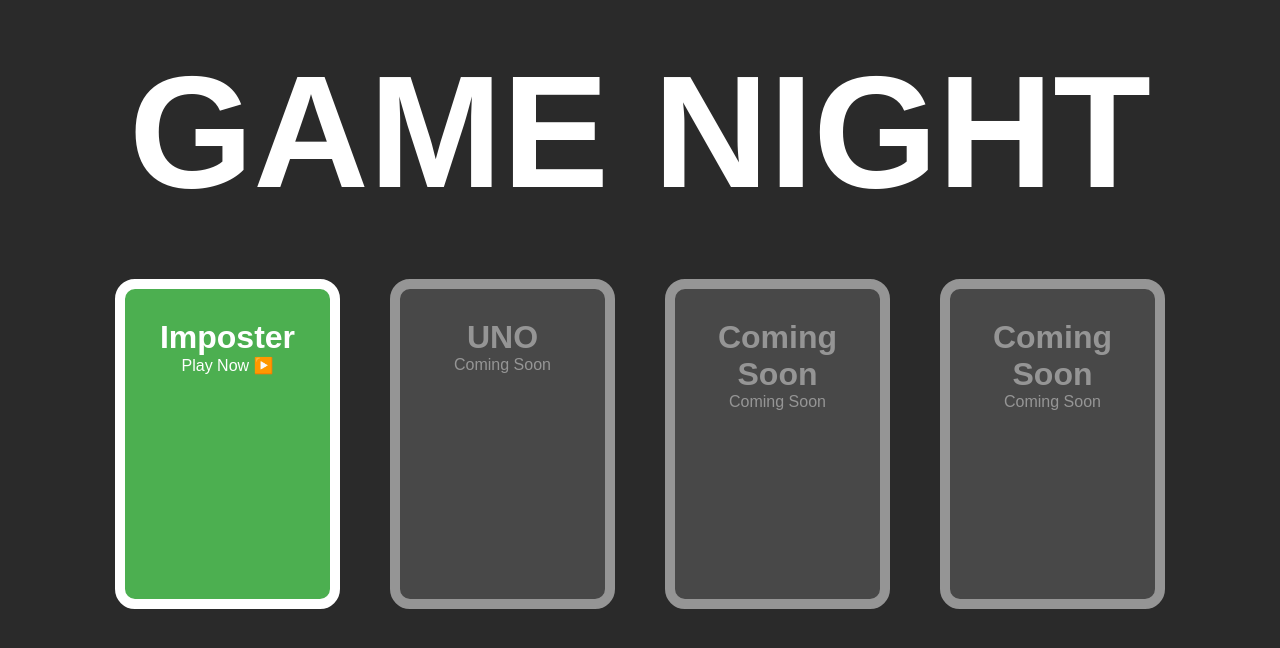
Repository: nfemmanuel/game-night-app
Page: /
An editor plug-in stored every save of this project. The page is shown before and after the next save, followed by the edit.
The browser window is 1280 px wide. The pictures show the whole page.
The project was rebuilt for these pictures with package versions that can differ from the ones it lists, and the page was loaded fresh each time.

Above is the page before, as saved 2025-12-31 16:34:41.

### src/App.js
import './styles/global.css';
import GameCard from './components/GameCard';

function App() {
  const handleClick = (gameName) => {
    alert(`Getting ready to play ${gameName}!`);
  };

  return (
    <div style={{ padding: '40px', textAlign: 'center' }}>
      <h1 style={{ fontSize: '10rem' }}>GAME NIGHT</h1>

      <div style={{
        display: 'flex',
        gap: '20px',
        justifyContent: 'center',
        marginTop: '40px',
        flexWrap: 'wrap'
      }}>
        <GameCard
          name="Imposter"
          available={true}
          onClick={() => handleClick("Imposter")}
        />
        <GameCard
          name="UNO"
          available={false}
          onClick={() => handleClick("UNO")}
        />
        <GameCard
          name="Coming Soon"
          available={false}
          onClick={() => { }}
        />
        <GameCard
          name="Coming Soon"
          available={false}
          onClick={() => { }}
        />
      </div>
    </div>
  );
}

export default App;

### src/styles/global.css
* {
    margin: 0;
    padding: 0;
    box-sizing: border-box;
}

body {
    font-family: 'Helvetica ', 'Arial', sans-serif;
    background-color: rgb(42, 42, 42);
    color: white;
    overflow: hidden;
}

button {
    cursor: pointer;
    border: none;
    border-radius: 5px;
    font-family: inherit;
    font-size: 1rem;
    padding: 10px 20px;
}

### src/components/GameCard.jsx
import styles from './GameCard.module.css';

function GameCard({ name, available, onClick }) {
    // Combine card + available/disabled classes
    const cardClasses = `${styles.card} ${available ? styles.available : styles.disabled}`;

    return (
        <div
            className={cardClasses}
            onClick={available ? onClick : null}
        >
            <h1>{name}</h1>
            <p>{available ? 'Play Now ▶️' : 'Coming Soon'}</p>
        </div>
    );
}

export default GameCard;

### src/components/GameCard.module.css
.card {
    width: 225px;
    height: 330px;
    padding: 30px;
    margin: 15px;
    border-radius: 20px;
    border: 10px solid white;
    text-align: center;
    transition: all 0.3s ease;
}

.available {
    background-color: #4CAF50;
    color: white;
    cursor: pointer;
}

.available:hover {
    transform: scale(1.05);
    box-shadow: 0 0 20px rgba(76, 175, 80, 0.6);
}

.disabled {
    background-color: #666;
    color: white;
    cursor: not-allowed;
    opacity: 0.5;
}

Loaded but not shown: public/index.html (common file); src/index.js (common file); src/index.css (common file); src/reportWebVitals.js (common file)

After the next save:
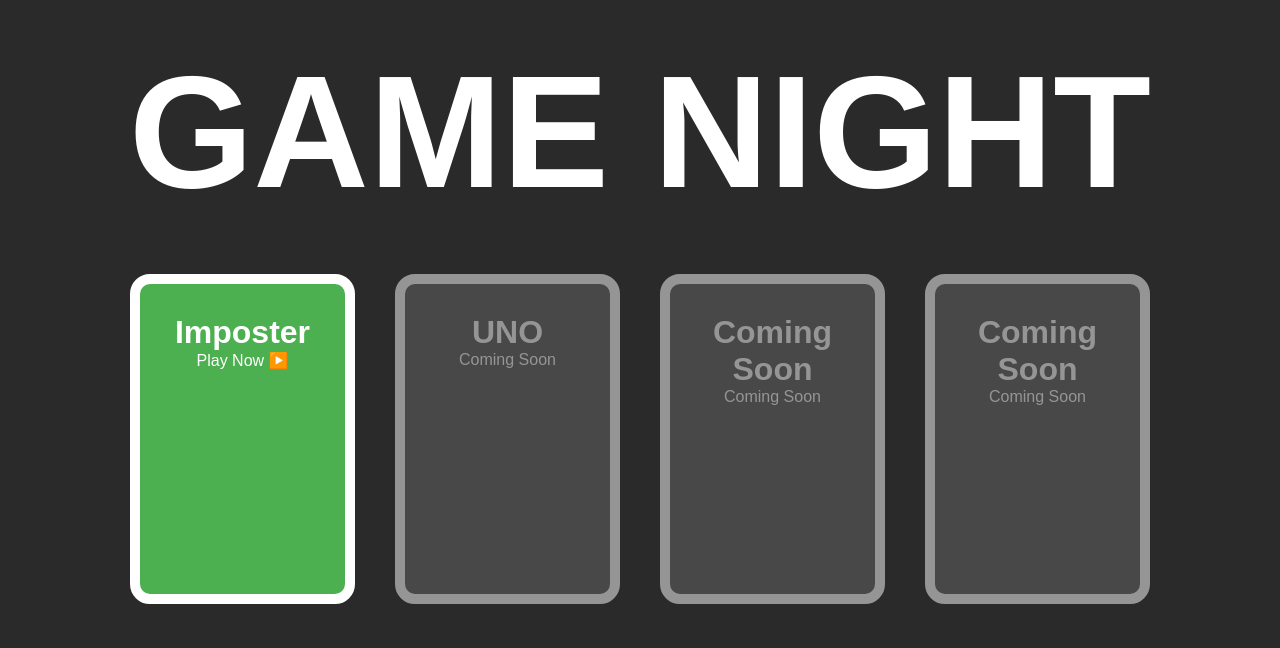
Saved 5 s later.
--- a/src/components/GameCard.module.css
+++ b/src/components/GameCard.module.css
@@ -2,7 +2,7 @@
     width: 225px;
     height: 330px;
     padding: 30px;
-    margin: 15px;
+    margin: 10px;
     border-radius: 20px;
     border: 10px solid white;
     text-align: center;
